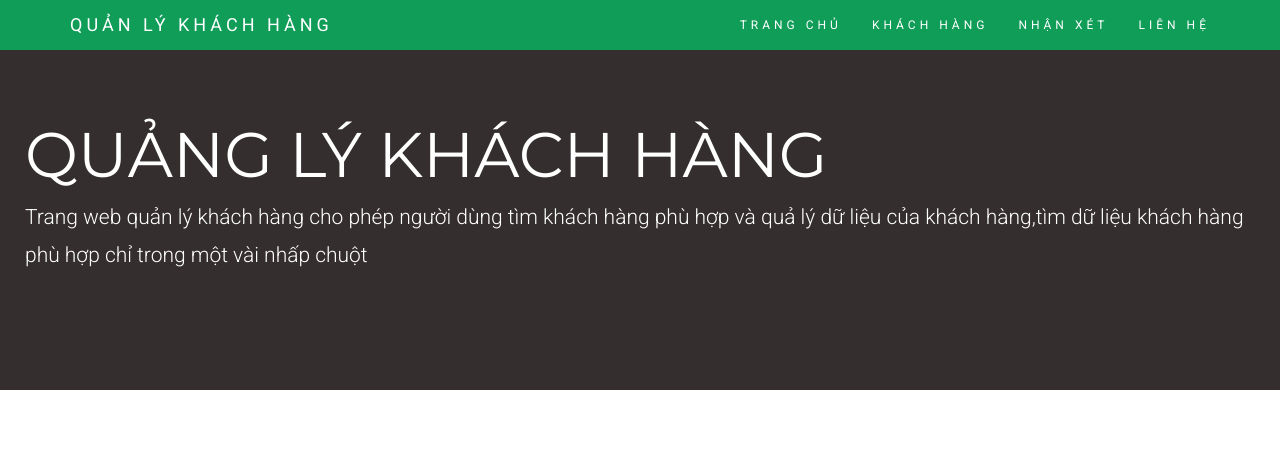
Repository: huutien1904/bt2-ltw
Page: index.html
An editor plug-in stored every save of this project. The page is shown before and after the next save, followed by the edit.
The browser window is 1280 px wide. The pictures show the whole page.

Above is the page before, as saved 2021-11-03 17:21:22.

After the next save:
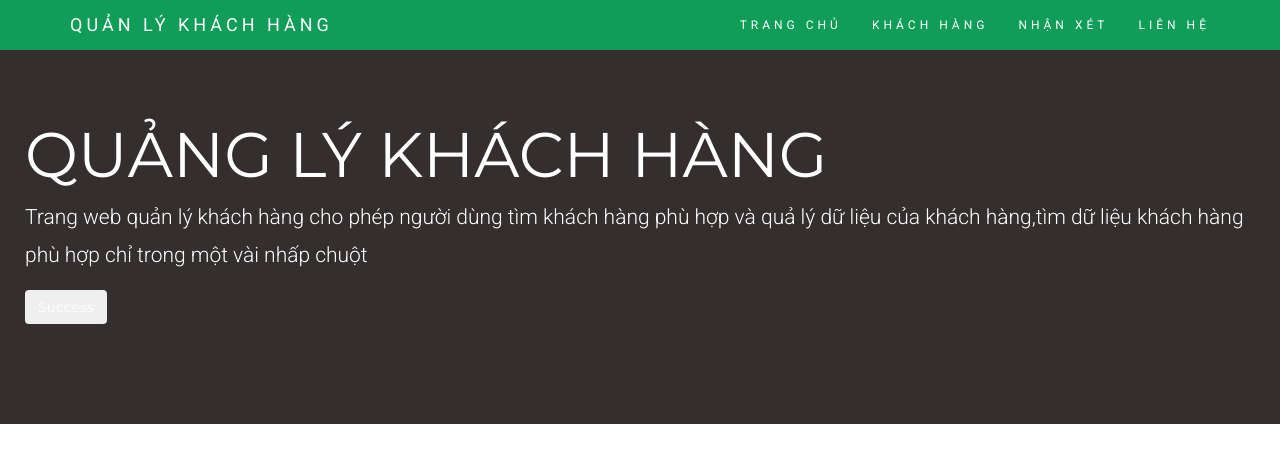
Saved 78 s later.
--- a/index.html
+++ b/index.html
@@ -45,7 +45,7 @@
     <div class="jumbotron jumbotron-fluid text-left">
       <h1>QUẢNG LÝ KHÁCH HÀNG</h1>
       <p>Trang web quản lý khách hàng cho phép người dùng tìm khách hàng phù hợp và quả lý dữ liệu của khách hàng,tìm dữ liệu khách hàng phù hợp chỉ trong một vài nhấp chuột </p>
-
+      <button type="button" class="btn btn-outline-success">Success</button>
     </div>
   <!-- and trang chủ  -->
 </body>
